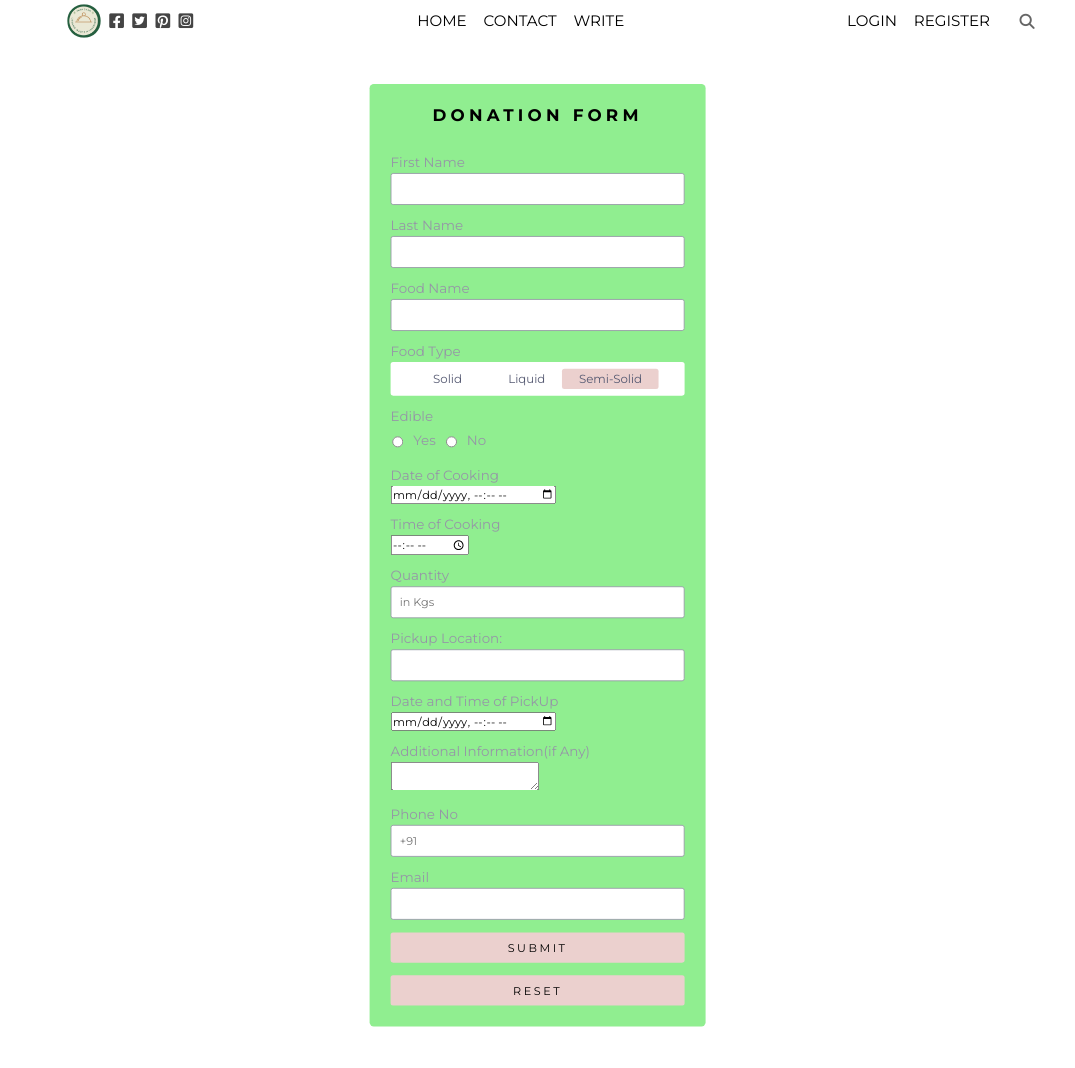
Repository: blsnabrhm/anna-daan
Page: /Contact (app in client/)
These files come from the project's save history. The page is drawn as it stood at one moment and after the next save; the edit follows.
The browser window is 1280 px wide. The pictures show the whole page, at 84% of full size.
Some web libraries are served in a nearby version. The project was rebuilt for these pictures with package versions that can differ from the ones it lists, and the page was loaded fresh each time. Also part of the build but not shown: client/src/components/header/header.css, client/src/components/header/Header.jsx, client/src/components/posts/posts.css, client/src/components/posts/Posts.jsx, client/src/components/sidebar/sidebar.css, client/src/components/sidebar/SideBar.jsx, client/src/pages/home/home.css, client/src/pages/home/Home.jsx and 13 more. Imported but missing from the stored project, and not drawn on this page: client/src/components/post/Post.

Above is the page before, as saved 2022-04-22 09:20:49.

### client/public/index.html
<!DOCTYPE html>
<html lang="en">
  <head>
    <meta charset="utf-8" />
    <link rel="icon" href="%PUBLIC_URL%/favicon.ico" />
    <meta name="viewport" content="width=device-width, initial-scale=1" />
    <meta name="theme-color" content="#000000" />
    <meta
      name="description"
      content="Web site created using create-react-app"
    />
    <link rel="preconnect" href="https://fonts.googleapis.com">
    <link rel="preconnect" href="https://fonts.gstatic.com" crossorigin>
    <link href="https://fonts.googleapis.com/css2?family=Josefin+Sans:wght@100;200;300;400;500;600;700&family=Lora:ital@0;1&family=Varela&family=Varela+Round&display=swap" rel="stylesheet">
    <link rel="stylesheet" href="https://cdnjs.cloudflare.com/ajax/libs/font-awesome/6.1.1/css/all.min.css" integrity="sha512-KfkfwYDsLkIlwQp6LFnl8zNdLGxu9YAA1QvwINks4PhcElQSvqcyVLLD9aMhXd13uQjoXtEKNosOWaZqXgel0g==" crossorigin="anonymous" referrerpolicy="no-referrer" />
    <style>*{
      margin: 0;
    }</style>
    <style>
      .link {
        text-decoration: none;
        color: inherit;
      }
    </style>
    <title>Anna Daan</title>
  </head>
  <body>
    <noscript>You need to enable JavaScript to run this app.</noscript>
    <div id="root"></div>

  </body>
</html>

### client/src/index.js
import React from 'react';
import ReactDOM from 'react-dom/client';
import App from './App';
import { ContextProvider } from './context/Context';

const root = ReactDOM.createRoot(document.getElementById('root'));
root.render(
  <React.StrictMode>
    <ContextProvider>
    <App />
    </ContextProvider>
  </React.StrictMode>
);

### client/src/App.js
import Home from "./pages/home/Home";
import TopBar from "./components/topbar/TopBar";
import Single from "./pages/single/Single";
import Write from "./pages/write/Write";
import Settings from "./pages/settings/Settings";
import Login from "./pages/login/Login";
import Register from "./pages/register/Register";
import Contact from "./pages/contact/Contact";
import { BrowserRouter as Router, Switch, Route, Link } from "react-router-dom";
import { useContext } from "react";
import { Context } from "./context/Context";

function App() {
  const { user } = useContext(Context);
  return (
    <Router>
      <TopBar />
      <Switch>
        <Route exact path="/">
          <Home />
        </Route>
        <Route path="/register">{user ? <Home /> : <Register />}</Route>
        <Route path="/login">{user ? <Home /> : <Login />}</Route>
        <Route path="/Contact">{user ? <Contact />: <Contact/> }</Route>
        <Route path="/write">{user ? <Write /> : <Register />}</Route>
        <Route path="/settings">{user ? <Settings /> : <Register />}</Route>
        <Route path="/post/:postId">
          <Single />
        </Route>
      </Switch>
    </Router>
  );
}

export default App;

### client/src/context/Context.js
import { createContext, useEffect, useReducer } from "react";
import Reducer from "./Reducer";

const INITIAL_STATE = {
  user: JSON.parse(localStorage.getItem("user")) || null,
  isFetching: false,
  error: false,
};

export const Context = createContext(INITIAL_STATE);

export const ContextProvider = ({ children }) => {
  const [state, dispatch] = useReducer(Reducer, INITIAL_STATE);

  useEffect(() => {
    localStorage.setItem("user", JSON.stringify(state.user));
  }, [state.user]);

  return (
    <Context.Provider
      value={{
        user: state.user,
        isFetching: state.isFetching,
        error: state.error,
        dispatch,
      }}
    >
      {children}
    </Context.Provider>
  );
};

### client/src/components/topbar/TopBar.jsx
import { useContext } from "react";
import { Link } from "react-router-dom";
import { Context } from "../../context/Context";
import "./topbar.css";

export default function TopBar() {
  const { user, dispatch } = useContext(Context);
  const PF = "http://localhost:3000/images/"

  const handleLogout = () => {
    dispatch({ type: "LOGOUT" });
  };
  return (
    <div className="top">
      <div className="topLeft">
        <img className="topImg topLogo" src={require('../../assets/Anna_Daan.png')} alt="" />
        <i className="topIcon fab fa-facebook-square"></i>
        <i className="topIcon fab fa-twitter-square"></i>
        <i className="topIcon fab fa-pinterest-square"></i>
        <i className="topIcon fab fa-instagram-square"></i>
      </div>
      <div className="topCenter">
        <ul className="topList">
          <li className="topListItem">
            <Link className="link" to="/" >
              HOME
            </Link>
          </li>
          <li className="topListItem">
            <Link className="link" to="/contact" >
              CONTACT
            </Link>
          </li>
          <li className="topListItem">
            <Link className="link" to="/write">
              WRITE
            </Link>
          </li>
          <li className="topListItem" onClick={handleLogout}>
            {user && "LOGOUT"}
          </li>
        </ul>
      </div>
      <div className="topRight">
        {user ? (
          <Link to="/settings">
            <img className="topImg" src={PF+user.profilePic} alt="" />
          </Link>
        ) : (
          <ul className="topList">
            <li className="topListItem">
              <Link className="link" to="/login" >
                LOGIN
              </Link>
            </li>
            <li className="topListItem">
              <Link className="link" to="/register">
                REGISTER
              </Link>
            </li>
          </ul>
        )}
        <i className="topSearchIcon fas fa-search"></i>
      </div>
    </div>
  );
}

### client/src/pages/contact/Contact.jsx
import './contact.css'

export default function Contact() {
    return (
    <div className='contact'>
        <div class="registration_form">
		<div class="title">
			Donation Form
		</div>

		<form>
			<div class="form_wrap">
                <div className="input_wrap">
					<label for="fname">First Name</label>
					<input type="text" id="email"/>
				</div>
				<div className="input_wrap">
					<label for="lname">Last Name</label>
					<input type="text" id="email"/>
				</div>
                <div >

                </div>

                <div className="input_wrap">
					<label for="fname">Food Name</label>
					<input type="text" id="email"/>
				</div>
                <div className="input_wrap">
					<label>Food Type</label>
					<ul>
						<li>
							<label className="radio_wrap">
								<input type="radio" name="gender" value="male" className="input_radio" checked/>
								<span>Solid</span>
							</label>
						</li>
						<li>
							<label className="radio_wrap">
								<input type="radio" name="gender" value="female" className="input_radio"/>
								<span>Liquid</span>
							</label>
						</li>
                        <li>
							<label className="radio_wrap">
								<input type="radio" name="gender" value="male" className="input_radio" checked/>
								<span>Semi-Solid</span>
							</label>
						</li>
					</ul>
				</div>
                <div className="input_wrap">
                    <label className='edi' for="edible">Edible</label>
                    <div className='edible'>
                    <input className='edible' type="radio" id="y" name='edible'/>
                    <label className='edible' for="edible">Yes  </label>
                    <input className='edible' type="radio" id="n" name='edible'/>
                    <label className='edible' for="edible">No  </label>
                    </div>
                </div>
                <div className='input_wrap'>
                    <label for="dot">Date of Cooking</label>
					<input type="datetime-local" id="dot" class="ta"/>
                </div>
                <div className='input_wrap'>
                    <label for="dot">Time of Cooking</label>
					<input type="time" id="dot" class="ta"/>
                </div>
                <div className='input_wrap'>
                    <label for="quant">Quantity</label>
					<input type="number" id="quant" placeholder="in Kgs"/>
                </div>
                <div className='input_wrap'>
                    <label for="loc">Pickup Location:</label>
					<input type="text" id="loc" class="ta"/>
                </div>
                <div className='input_wrap'>
                    <label for="pick">Date and Time of PickUp</label>
					<input type="datetime-local" id="pick"/>
                </div>
                <div className='input_wrap'>
                    <label>Additional Information(if Any)</label>
					<textarea class="txta" for="ta"></textarea>
                </div>
				<div className="input_wrap">
					<label for="city">Phone No</label>
					<input type="tel" id="city" placeholder="+91"/>
				</div>
				<div className="input_wrap">
					<label for="country">Email</label>
					<input type="text" id="country"/>
				</div>
				<div className="input_wrap">
					<input type="submit" value="Submit" className="submit_btn"/>
				</div>
        <div className="input_wrap">
					<input type="submit" value="Reset" className="submit_btn"/>
				</div>
			</div>
		</form>
	</div>
    </div>
    )
}

### client/src/context/Reducer.js
const Reducer = (state, action) => {
  switch (action.type) {
    case "LOGIN_START":
      return {
        user: null,
        isFetching: true,
        error: false,
      };
    case "LOGIN_SUCCESS":
      return {
        user: action.payload,
        isFetching: false,
        error: false,
      };
    case "LOGIN_FAILURE":
      return {
        user: null,
        isFetching: false,
        error: true,
      };
      case "UPDATE_START":
        return {
          ...state,
          isFetching:true
        };
      case "UPDATE_SUCCESS":
        return {
          user: action.payload,
          isFetching: false,
          error: false,
        };
      case "UPDATE_FAILURE":
        return {
          user: state.user,
          isFetching: false,
          error: true,
        };
    case "LOGOUT":
      return {
        user: null,
        isFetching: false,
        error: false,
      };
    default:
      return state;
  }
};

export default Reducer;

### client/src/components/topbar/topbar.css
.top {
    width: 100%;
    height: 50px;
    background-color: white;
    position: sticky;
    top: 0;
    display: flex;
    align-items: center;
    font-family: "Josefin Sans", sans-serif;
    z-index: 999;
  }

  .topLeft,
  .topRight {
    flex: 3;
    display: flex;
    align-items: center;
    justify-content: center;
  }

  .topCenter {
    flex: 6;
  }

  .topLogo {
    margin-right: 10px;
  }

  .topIcon {
    font-size: 20px;
    margin-right: 10px;
    color: #444;
    cursor: pointer;
  }

  .topImg {
    width: 40px;
    height: 40px;
    border-radius: 50%;
    object-fit: cover;
    cursor: pointer;
  }

  .topList {
    display: flex;
    justify-content: center;
    margin: 0;
    padding: 0;
    list-style: none;
  }

  .topListItem {
    margin-right: 20px;
    font-size: 18px;
    font-weight: 300;
    cursor: pointer;
  }

  .topSearchIcon {
    font-size: 18px;
    color: #666;
    cursor: pointer;
    margin-left: 15px;
  }

### client/src/pages/contact/contact.css
@import url('https://fonts.googleapis.com/css2?family=Montserrat:wght@400;700&display=swap');

*{
	margin: 0;
	padding: 0;
	box-sizing: border-box;
	list-style: none;
	font-family: 'Montserrat', sans-serif;
}

.contact {
    display: flex;
    align-items: center;
    justify-content: center;
    margin: 50px 0;
}


.edible {
    display: flex;
    flex-wrap: wrap;
    margin-top: 3px;
    margin-right: 10px;
    padding: 2px;
}

.wrapper{
	min-height: 100vh;
	display: flex;
	justify-content: center;
	align-items: center;
}

.registration_form{
	background: lightgreen;
	padding: 25px;
	border-radius: 5px;
	width: 400px;
}

.registration_form .title{
	text-align: center;
	font-size: 20px;
	text-transform: uppercase;
	color: #000000;
	letter-spacing: 5px;
	font-weight: 700;
}

.form_wrap{
	margin-top: 35px;
}

.form_wrap .input_wrap{
	margin-bottom: 15px;
}

.form_wrap .input_wrap:last-child{
	margin-bottom: 0;
}

.form_wrap .input_wrap label{
	display: block;
	margin-bottom: 3px;
	color: #9597a6;
}
.form_wrap .input_grp  input[type="text"] ,input[type="number"]{
	width: 165px;
}

.form_wrap  input[type="text"], input[type="number"], input[type="tel"]{
	width: 100%;
	border-radius: 3px;
	border: 1px solid #9597a6;
	padding: 10px;
	outline: none;
}

.form_wrap  input[type="text"]:focus{
	border-color: #ebd0ce;
}

.form_wrap ul{
	background: #fff;
	padding: 8px 10px;
	border-radius: 3px;
	display: flex;
	justify-content: center;
}

.form_wrap ul li:first-child{
	margin-right: 15px;
}
.form_wrap ul .radio_wrap{
	position: relative;
	margin-bottom: 0;
}

.form_wrap ul .radio_wrap .input_radio{
	position: absolute;
	top: 0;
	right: 0;
	opacity: 0;
}

.form_wrap ul .radio_wrap span{
	display: inline-block;
	font-size: 14px;
	padding: 3px 20px;
	border-radius: 3px;
	color: #545871;
}

.form_wrap .input_radio:checked ~ span{
	background: #ebd0ce;
}

.form_wrap .submit_btn{
	width: 100%;
	background: #ebd0ce;
	padding: 10px;
	border: 0;
	border-radius: 3px;
	text-transform: uppercase;
	letter-spacing: 3px;
	cursor: pointer;
}

.form_wrap .submit_btn:hover{
	background: #ffd5d2;
}

After the next save:
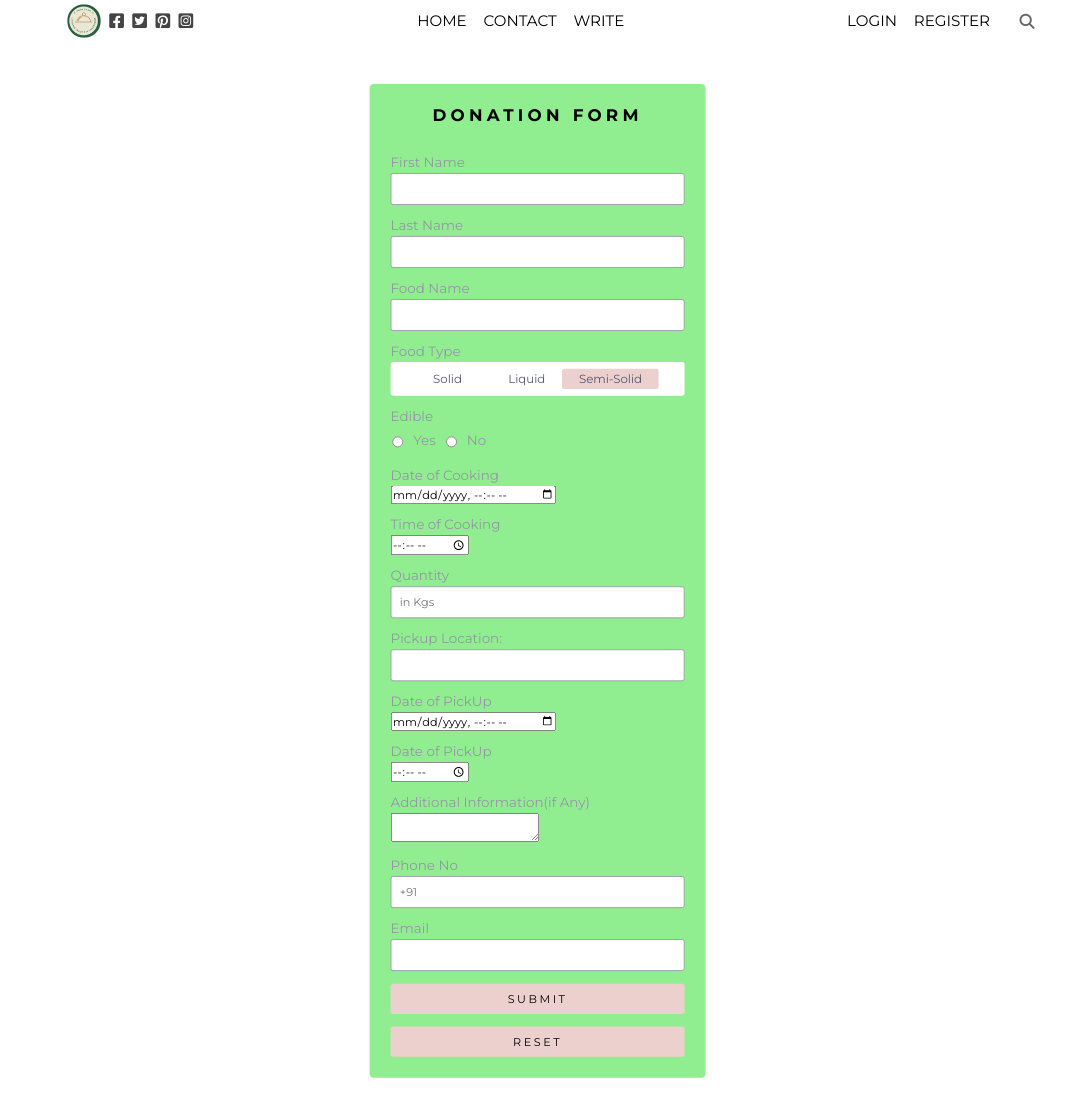
Saved 28 s later.
--- a/client/src/pages/contact/Contact.jsx
+++ b/client/src/pages/contact/Contact.jsx
@@ -75,8 +75,12 @@ export default function Contact() {
 					<input type="text" id="loc" class="ta"/>
                 </div>
                 <div className='input_wrap'>
-                    <label for="pick">Date and Time of PickUp</label>
+                    <label for="pick">Date of PickUp</label>
 					<input type="datetime-local" id="pick"/>
+                </div>
+                <div className='input_wrap'>
+                    <label for="pick">Date of PickUp</label>
+					<input type="time" id="pick"/>
                 </div>
                 <div className='input_wrap'>
                     <label>Additional Information(if Any)</label>
